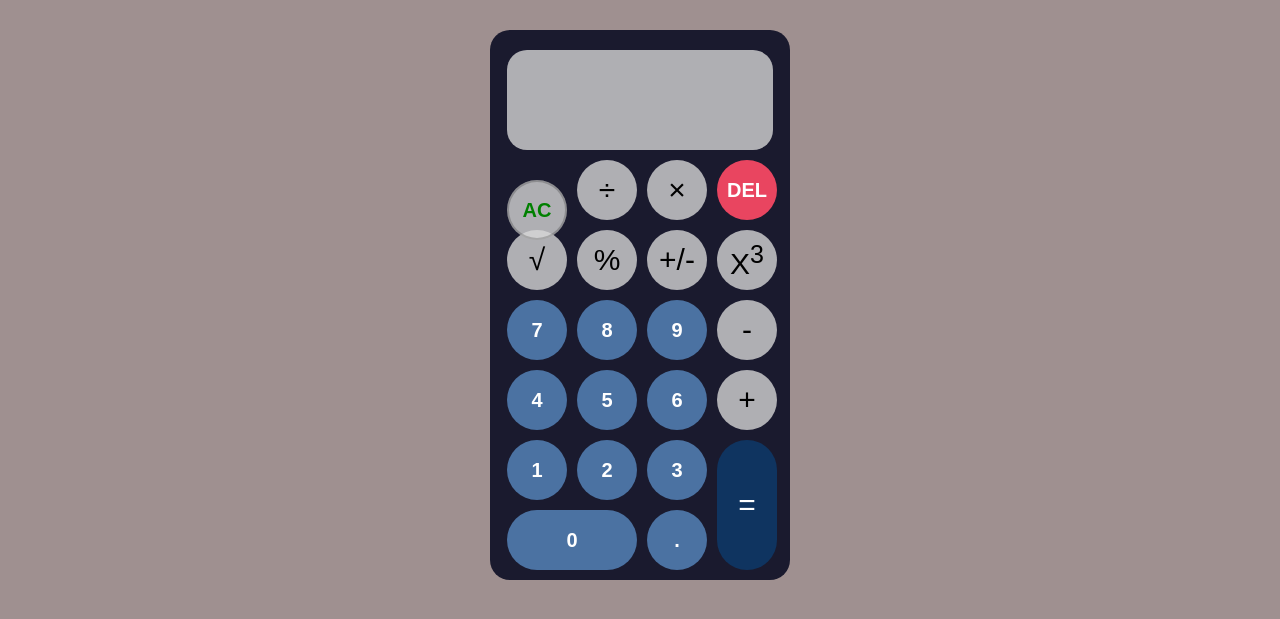
Repository: MikkyPrestige/js-calculator
Page: index.html
An editor plug-in stored every save of this project. The page is shown before and after the next save, followed by the edit.
The browser window is 1280 px wide. The pictures show the whole page.
The first visible `.btn` is being pressed.

Above is the page before, as saved 2023-05-08 02:17:03.

After the next save:
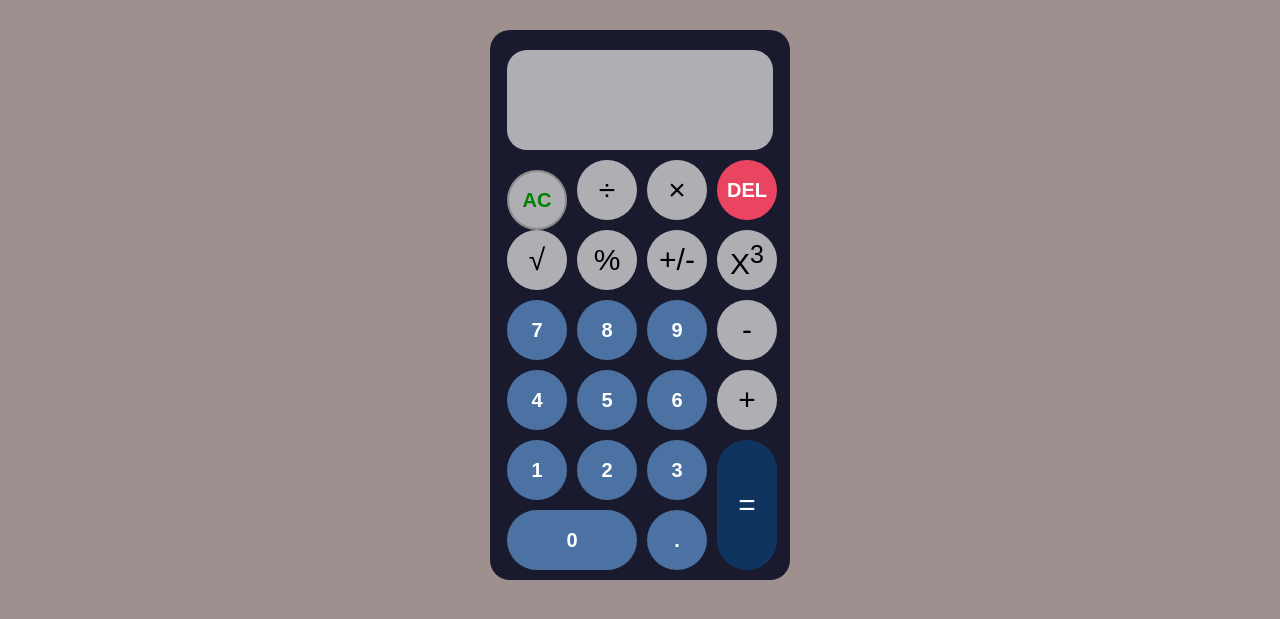
Saved 10 s later.
--- a/index.css
+++ b/index.css
@@ -269,5 +269,5 @@ main {
   -moz-transform: translateY(2px);
   -ms-transform: translateY(2px);
   -o-transform: translateY(2px);
-  */transform: translateY(2rem);
-}
+  */transform: translateY(1rem);
+}
